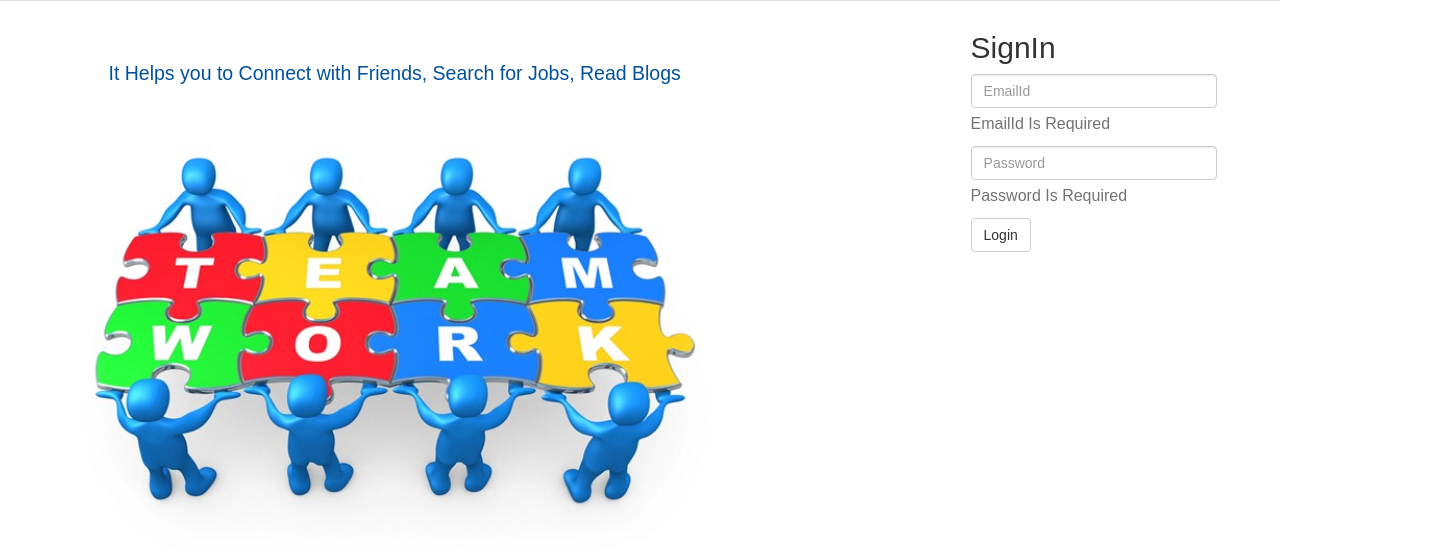
Repository: KaustubhKamat/CollaborationPlatform
Page: CollaborationFrontEnd/WebContent/c_user/login.html
These files come from the project's save history. The page is drawn as it stood at one moment and after the next save; the edit follows.
The browser window is 1280 px wide. The page is 1430 px wide, then 1452 px, so the pictures cover 1452 px, including what lies to the right of the window. The pictures show the whole page.
Some web libraries are served in a nearby version.

Above is the page before, as saved 2017-03-03 10:22:28.

After the next save:
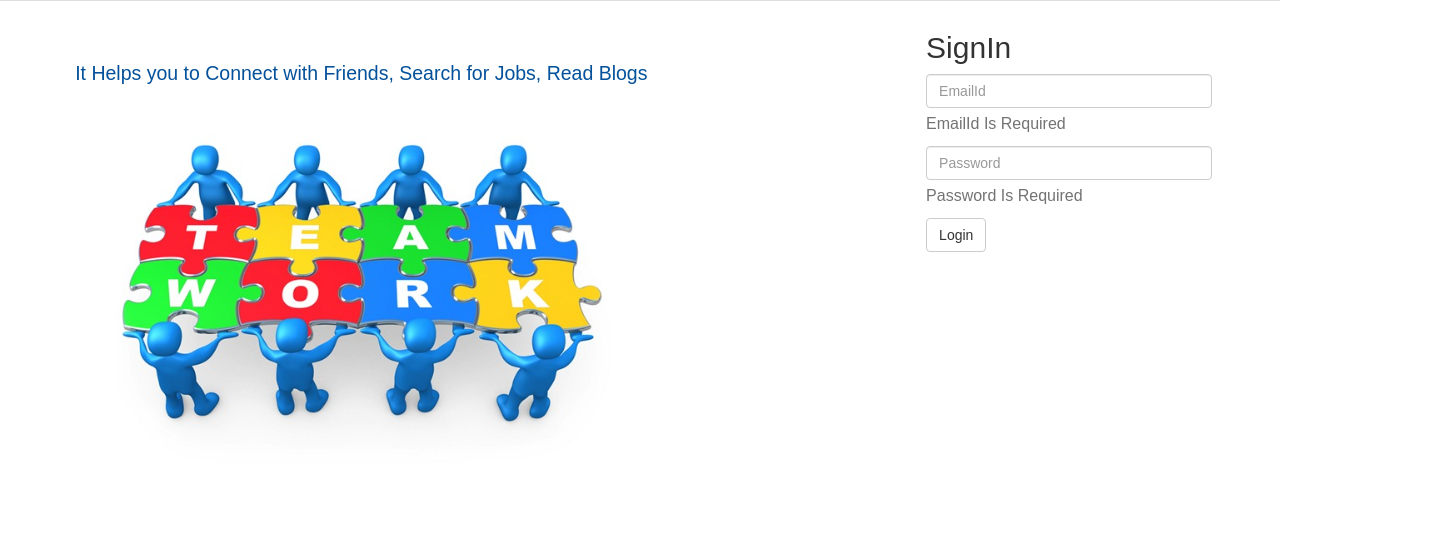
Saved 16 s later.
--- a/CollaborationFrontEnd/WebContent/c_user/login.html
+++ b/CollaborationFrontEnd/WebContent/c_user/login.html
@@ -54,7 +54,7 @@ body {
 <tr>
 <td width="30%" valign="top" style="padding-top: 10px">
 <center> <h2 style="color:#04519b"><br><small style="color:#04519b">It Helps you to Connect with Friends, Search for Jobs, Read Blogs</small> </h2></center>
-<center><img src="resources/Images/login.jpg" height="500px"></center>
+<center><img src="resources/Images/login.jpg" height="400px"></center>
 </td>
 <td width="30%" style="padding-top: 10px">
 
